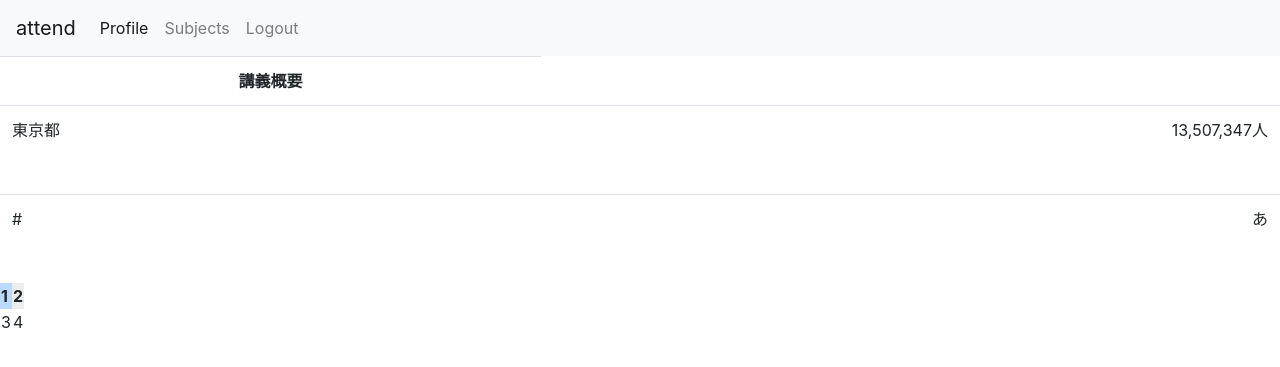
Repository: NaotoSuehiro/Microposts
Page: test/test.html
The author's editor kept a record of every edit. The page is drawn from the files as they stood at one moment, then again after the next edit.
The browser window is 1280 px wide. The pictures show the whole page.

Above is the page before.

### test/test.html
<!DOCTYPE html>
<html lang="ja">
    <head>
        <!-- Required meta tags -->
        <meta charset="utf-8">
        <meta name="viewport" content="width=device-width, initial-scale=1, shrink-to-fit=no">

        <!-- Bootstrap CSS -->
        <link rel="stylesheet" href="https://stackpath.bootstrapcdn.com/bootstrap/4.3.1/css/bootstrap.min.css">

        <title>Hello, world!</title>
    </head>
    <body>

   <nav class="navbar navbar-expand-sm navbar-light bg-light">
            <!-- ホームへ戻るリンク。ブランドロゴなどを置く。 -->
            <a href="#" class="navbar-brand">attend</a>

            <!-- 横幅が狭いときに出るハンバーガーボタン -->
            <button type="button" class="navbar-toggler" data-toggle="collapse" data-target="#nav-bar">
                <span class="navbar-toggler-icon"></span>
            </button>

            <!-- メニュー項目 -->
            <div class="collapse navbar-collapse" id="nav-bar">
                <ul class="navbar-nav">
                    <li class="nav-item active"><a href="#" class="nav-link">Profile</a></li>
                    <li class="nav-item"><a href="#" class="nav-link">Subjects</a></li>
                    <li class="nav-item"><a href="#" class="nav-link">Logout</a></li>
                </ul>
            </div>
        </nav>
        <!-- Optional JavaScript -->
        <!-- jQuery first, then Popper.js, then Bootstrap JS, then Font Awesome -->
        <script src="https://code.jquery.com/jquery-3.3.1.slim.min.js"></script>
        <script src="https://cdnjs.cloudflare.com/ajax/libs/popper.js/1.14.6/umd/popper.min.js"></script>
        <script src="https://stackpath.bootstrapcdn.com/bootstrap/4.3.1/js/bootstrap.min.js"></script>
        <script defer src="https://use.fontawesome.com/releases/v5.7.2/js/all.js"></script>
    </body>
</html>

<table class="table">
    <tr>
        <th class="text-center">講義概要</th>
    </tr>

    <tr>
        <td>東京都</td>
        <td class="text-right">13,507,347人</td>
    </tr>

      <table class="table table-hover">
    <tr>
        <td>#</td>
        <td class="text-right">あ</td>
     </tr>

  　</table>



  　<table class="table-hover">
  　 <thead>
  　     <tr>
  　      <th class="table-primary">1</th>
  　      <th class = "table-active text-center">2</th>
  　     </tr>
  　 </thead>
     <tbody>
         <tr>
             <td>3</td>
             <td>4</td>
         </tr>
     </tbody>
　　</table>

After the next edit:
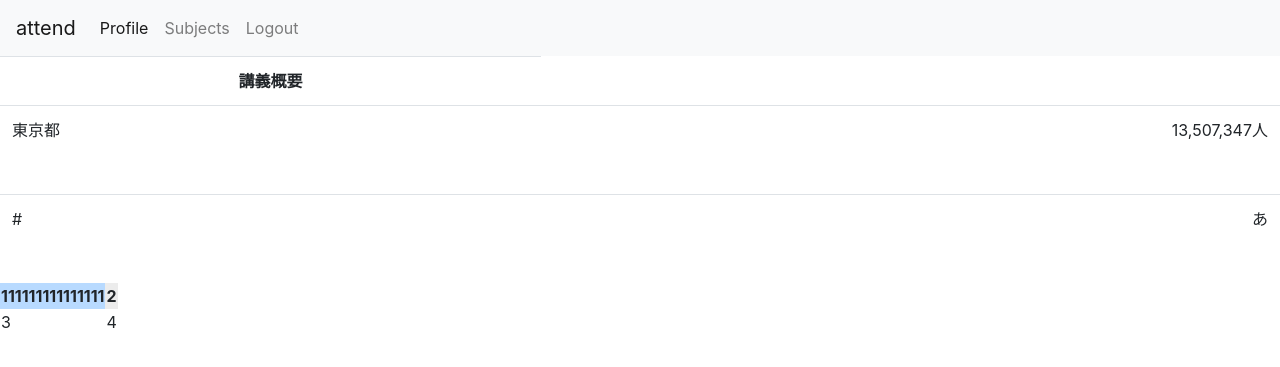
The edit:
--- a/test/test.html
+++ b/test/test.html
@@ -62,7 +62,7 @@
   　<table class="table-hover">
   　 <thead>
   　     <tr>
-  　      <th class="table-primary">1</th>
+  　      <th class="table-primary">111111111111111</th>
   　      <th class = "table-active text-center">2</th>
   　     </tr>
   　 </thead>
